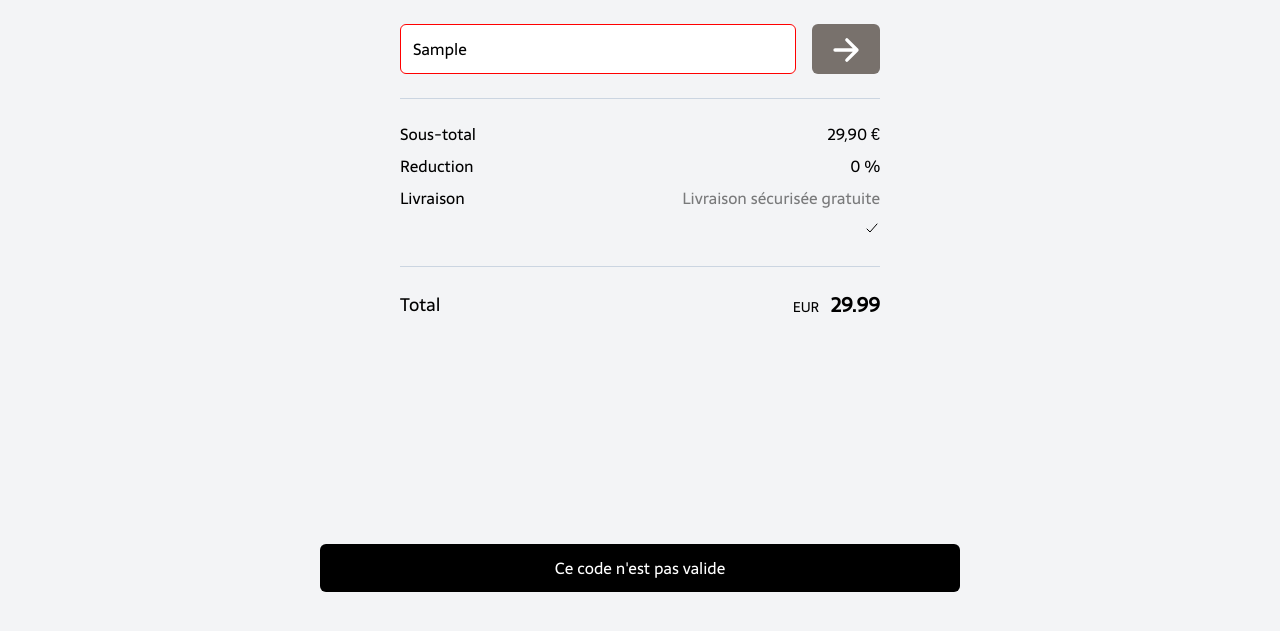
Repository: darlino/gotyu_shopify_section
Page: reduction_input210223/index.html
These files come from the project's save history. The page is drawn as it stood at one moment and after the next save; the edit follows.
The browser window is 1280 px wide. The pictures show the whole page.
Empty fields were first filled with sample values (such as "Sample", 5 or name@example.com).
After loading, the first visible `button.px-2` was clicked once.
Some web libraries are served in a nearby version.

Above is the page before, as saved 2023-02-21 23:46:49.

### reduction_input210223/index.html
<!DOCTYPE html>
<html lang="en">
  <head>
    <meta charset="UTF-8" />
    <meta http-equiv="X-UA-Compatible" content="IE=edge" />
    <meta name="viewport" content="width=device-width, initial-scale=1.0" />
    <title>Document</title>
    <link rel="preconnect" href="https://fonts.googleapis.com" />
    <link rel="preconnect" href="https://fonts.gstatic.com" crossorigin />
    <link
      href="https://fonts.googleapis.com/css2?family=Sarala&display=swap"
      rel="stylesheet"
    />
    <link rel="stylesheet" href="style.css" />
    <script src="https://cdn.tailwindcss.com"></script>
    <script
      type="module"
      src="https://unpkg.com/ionicons@5.5.2/dist/ionicons/ionicons.esm.js"
    ></script>
    <script
      nomodule
      src="https://unpkg.com/ionicons@5.5.2/dist/ionicons/ionicons.js"
    ></script>
  </head>
  <body>
    <section id="reduction210223">
      <div
        class="max-w-[1300px] relative h-screen flex flex-col mx-auto bg-gray-100"
      >
        <div
          class="flex flex-col space-y-6 md:px-20 px-8 py-6 mx-auto md:w-1/2 w-full"
        >
          <div id="form" class="form flex flex-row justify-between space-x-4">
            <input
              type="text"
              id="reduction"
              name="reduction"
              class="px-3 w-5/6 py-2 border outline-none border-1 border-gray-400 bg-white rounded-md"
              placeholder="Code de réduction"
            />
            <button
              type="button"
              onclick="checkCoupon()"
              class="px-2 w-1/6 py-1 bg-stone-500 rounded-md text-center"
            >
              <ion-icon
                name="arrow-forward-outline"
                class="lg:text-4xl text-2xl m-auto bg-none text-white relative top-1"
              ></ion-icon>
            </button>
          </div>
          <div class="w-full h-[.25px] bg-slate-300"></div>
          <div class="flex flex-col space-y-2">
            <div class="flex flex-row justify-between">
              <p class="text-md">Sous-total</p>
              <p class="text-md">29,90 	&euro;</p>
            </div>
            <div class="flex flex-row justify-between">
              <p class="text-md">Reduction</p>
              <p class="text-md"><span id="reductionCode">  </span> %</p>
            </div>
            <div class="flex flex-row justify-between">
              <p class="text-md">Livraison</p>
              <div class="flex flex-col space-y-2">
                <p class="text-md text-black/50">
                  Livraison sécurisée gratuite
                </p>
                <span class="text-right">
                  <ion-icon name="checkmark-outline"></ion-icon>
                </span>
              </div>
            </div>
          </div>
          <div class="w-full h-[.25px] bg-slate-300"></div>
          <div class="flex flex-row justify-between">
            <p class="text-lg">Total</p>
            <p class="text-xl">
              <span class="px-2 text-sm"> EUR </span> <span id="price" class="font-bold"> $
            </p>
          </div>
          <div
            id="error-message"
            class="absolute hidden error-message bottom-32 left-1 right-1 rounded-md mx-auto md:px-20 px-10 p-3 bg-black text-center md:w-1/2 w-11/12 text-white"
          >
            Ce code n'est pas valide
          </div>
        </div>
      </div>
    </section>
    <script type="text/javascript">
      const promoCoupons = [
        {
          name: "abra",
          code: 20,
        },
        {
          name: "bonjour",
          code: 40,
        },
        {
          name: "cafe",
          code: 15,
        },
        {
          name: "dalton",
          code: 50,
        },
      ];
      let reductionCode = document.getElementById("reductionCode");
      let price = document.getElementById("price");

      let defaultPrice = 29.99;
      price.innerHTML = defaultPrice;
      reductionCode.innerHTML = 0;

      function checkCoupon() {
        let inputValue = document.getElementById("reduction");
        let error_message = document.getElementById("error-message");


        const promo = promoCoupons.filter(
          (coupon) => coupon.name === inputValue.value
        );

        if( promo.length === 0 ){
          price.innerHTML = defaultPrice;
          reductionCode.innerHTML = 0;
          inputValue.style.borderColor = 'red'
          error_message.style.display = "block"
          setTimeout(() => {
            error_message.style.display = "none"
            inputValue.style.borderColor = '#9ca3af'
          }, 3000)
        }
        else {
          let code = promo[0].code
          let totalPrice = defaultPrice -(defaultPrice * code)/100
          price.innerHTML = totalPrice.toFixed(2)
          reductionCode.innerHTML = code
          console.log(code)

        }
      }
    </script>
  </body>
</html>

### reduction_input210223/style.css
* {
  margin: 0;
  padding: 0;
  font-family: "Sarala", sans-serif;
  overflow: hidden;
}
#reduction {
  width: 100%;
  height: 100%;
}

After the next save:
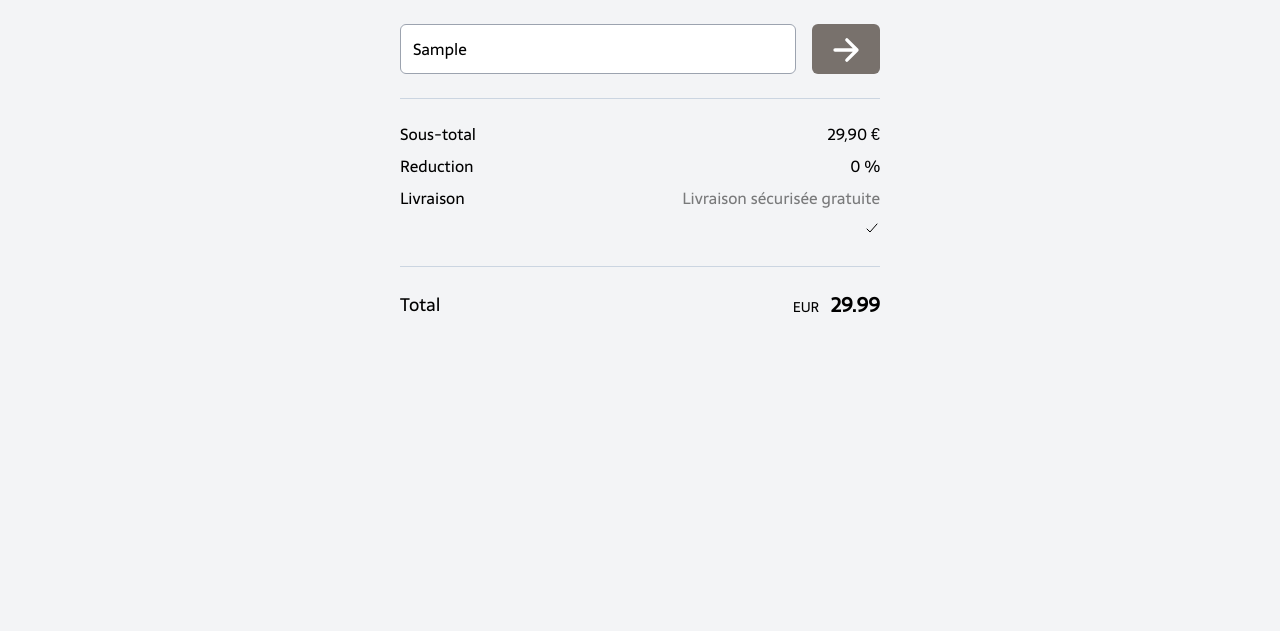
Console error: TypeError: inputValue.value.toLoweCase is not a function
Saved 87 min 50 s later.
--- a/reduction_input210223/index.html
+++ b/reduction_input210223/index.html
@@ -117,9 +117,10 @@
         let inputValue = document.getElementById("reduction");
         let error_message = document.getElementById("error-message");
 
+        const validateValue = inputValue.value.toLoweCase();
 
         const promo = promoCoupons.filter(
-          (coupon) => coupon.name === inputValue.value
+          (coupon) => coupon.name === inputValue.value.t
         );
 
         if( promo.length === 0 ){

After the 2 saves that followed:
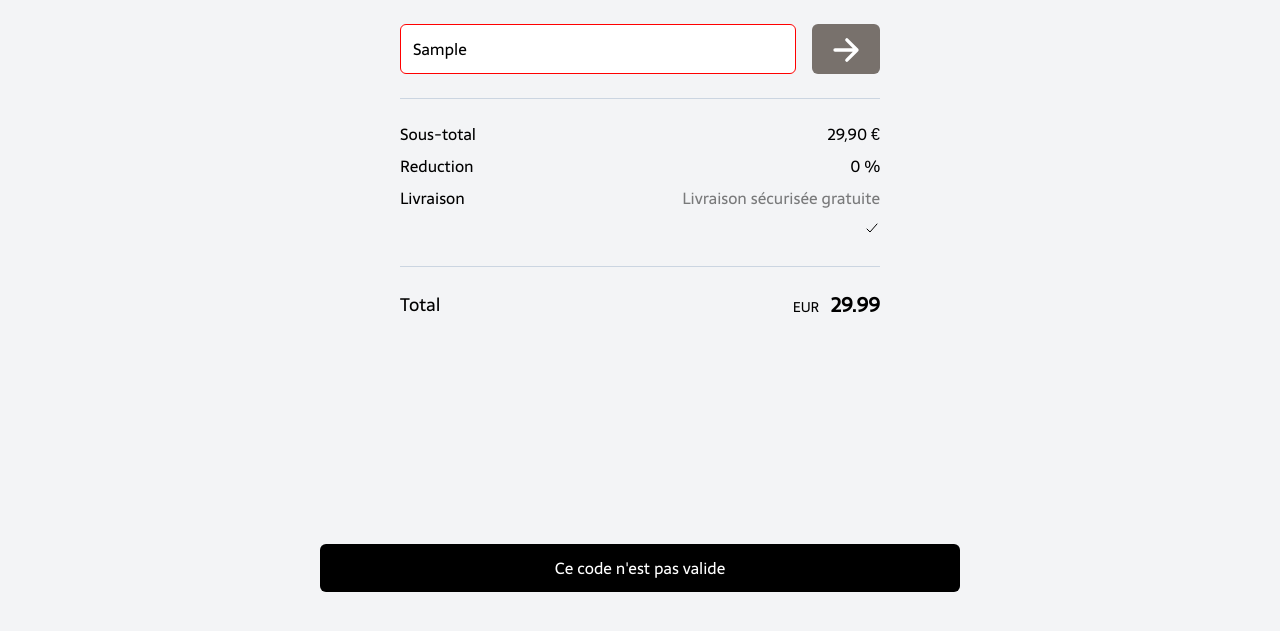
The error is gone.
The 2 saves are shown as one change because 1 left the picture as it was.
The last was saved 79 s later.
--- a/reduction_input210223/index.html
+++ b/reduction_input210223/index.html
@@ -117,10 +117,11 @@
         let inputValue = document.getElementById("reduction");
         let error_message = document.getElementById("error-message");
 
-        const validateValue = inputValue.value.toLoweCase();
+        const validateValue = inputValue.value.toLowerCase();
+        alert(validateValue)
 
         const promo = promoCoupons.filter(
-          (coupon) => coupon.name === inputValue.value.t
+          (coupon) => coupon.name === inputValue.value
         );
 
         if( promo.length === 0 ){
